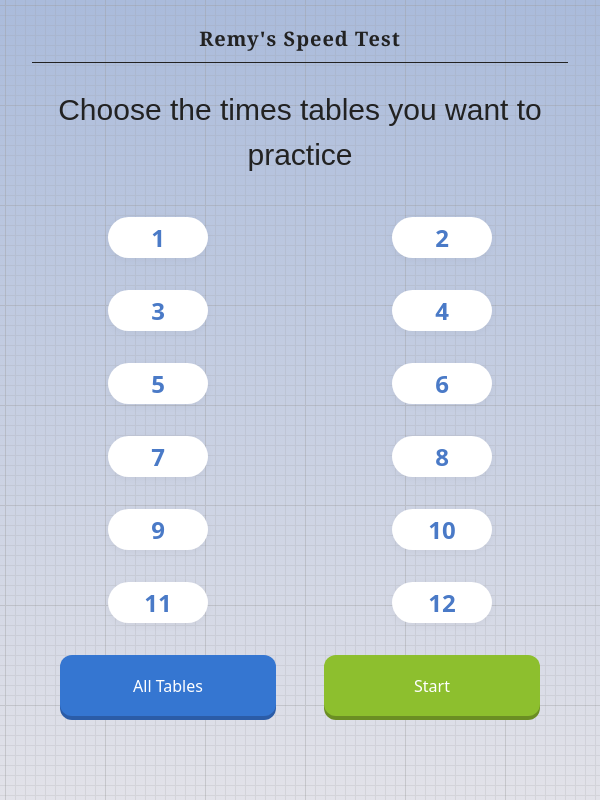
Repository: Chinurum-Omenuko/remys-speed-test
Page: / (app in app/)
The author's editor kept a copy of each file at every save. The page is drawn from the files as they stood at one save, then again after the next save.
The browser window is 600 px wide. The pictures show the whole page.
The project was rebuilt for these pictures with package versions that can differ from the ones it lists, and the page was loaded fresh each time. The framework's server and built-in components were replaced by stand-ins that run in the browser. Also part of the build but not shown: app/svelte.config.js, app/vite.config.ts.

Above is the page before, as saved 2025-11-17 21:25:57.

### app/src/routes/+page.svelte

<script lang="ts">
	import { goto } from "$app/navigation";
	import { GameStore } from "../stores/gameStore.svelte";

	let store = GameStore;
	let chosenTables = store.getTables()
	const tables = Array.from({ length: 12 }, (_, i) => i + 1);

	function selectTable(table: number) {
		store.addTables(table)
	}

	function allTables(){
		tables.forEach(table => {
			let index = chosenTables.indexOf(table)
			if(!chosenTables.includes(table)){
				selectTable(table)
				return
			}
			chosenTables.splice(index, 1)
		});
	}


	function start() {
		store.generateQuestions(chosenTables)
		goto("/test")
	}



	function lastResults() {
		alert('Show last results');
	}
</script>
<div class="landing-bg">
	<div style="padding: 1.5rem 2rem 0 2rem;">
		<h1 class="title">Remy's Speed Test</h1>
		<div class="dotted"></div>
		<h2 class="subtitle">Choose the times tables you want to practice</h2>
		<div class="content">
			<div class="tables-grid">
				{#each tables as table}
					<button
						type="button"
						class="table-btn {chosenTables.includes(table) ? 'selected' : ''}"
						on:click={() => {

							selectTable(table)
							}}
						aria-pressed={chosenTables[table] === table}
					>
						{table}
					</button>
				{/each}
			</div>
			<div class="actions">

				{#if chosenTables.length == 12}
					<button class="red-btn btn bg-red-500" on:click={allTables}>Deselect All Tables</button>
				{:else}
					<button class="blue-btn btn" on:click={allTables}>All Tables</button>
				{/if}

				<button class="green-btn btn" on:click={start}>Start</button>
			</div>
		</div>
	</div>
</div>

<style>
	* {
 		min-height: 0;
	}

	.landing-bg {


		background-image:url("data:[embedded picture, 1695 characters]"), linear-gradient(180deg, #aabbdb, #e2e2e9);
		min-height: 100vh;
		max-width: 100vw;
		padding: 0;
		margin: 0;
	}
	.title {
		font-size: 2rem;
		font-weight: 700;
		margin: 0 0 0.5rem 0;
		letter-spacing: 1px;
		color: #222;
		font-family: Georgia, 'Times New Roman', Times, serif;
		text-align: center;
	}
	.dotted {
		border-bottom: 1px solid #222;
		margin-bottom: 1.5rem;
	}
	.subtitle {
		font-size: clamp(1rem, 5vw, 2.5rem);
		font-weight: 100;
		margin-bottom: 2.5rem;
		text-align: center;
		color: #222;
		font-family: Arial, Helvetica, sans-serif;
	}

	.content{
		display: flex;
		flex-direction: column;
		/* border: solid 2px red; */
		justify-content: start;
		align-items: center;
		max-width: 100vw;
		min-height: 50vh;
	}
	.tables-grid {
		display: grid;
		grid-template-columns: repeat(6, 1fr);
		gap: 2rem;
		/* border: solid 2px green; */
		width: 100%;
	}
	.table-btn {
		background: #fff;
		border-radius: 8px;
		font-size: 2.5rem;
		font-weight: 700;
		color: #4a7ac7;
		width: 60%;
		height: 100%;
		display: flex;
		align-items: center;
		justify-content: center;
		cursor: pointer;
		transition: box-shadow 0.2s, border 0.2s;
		margin: 0 auto;
		box-shadow: 0 2px 8px rgba(0,0,0,0.04);
	}
	.table-btn.selected {
		border: 3px solid #2e5eaa;
		background: #eaf1ff;
		color: #2e5eaa;
	}
	.actions {
		display: flex;
		justify-content: space-between;
		align-items: stretch;
		max-width: 1200px;
		min-width: 50%;
		margin: 2rem auto 0 auto;
		flex-direction: row;

	}

	.btn {
		width: 80%;
		height: 50%;
		color: #fff;
		border-radius: 12px;
		padding: 1rem 2.5rem;
		cursor: pointer;
		margin-bottom: 0.5rem;
		display: -webkit-box;
		-webkit-line-clamp: 1; /* number of lines */
		-webkit-box-orient: vertical;
		overflow: hidden;
		white-space: nowrap;
		text-overflow: ellipsis;
	}
	.blue-btn {
		background:  #3576d1;
		border: none;
		box-shadow: 0 4px 0 #2b5ca7;
		transition: background 0.2s;
		font-size: 1em;
	}
	.blue-btn:active {
		background: #3576d1;
	}
	.green-btn {
		background: #8dbf2e;
		border: none;
		box-shadow: 0 4px 0 #6b8e23;
		margin-left: 1rem;
		transition: background 0.2s;
	}
	.green-btn:active {
		background: #8dbf2e;
	}

	/* 640px: small tablet */
	@media (min-width: 340px) and (max-width: 640px){
		.content{
			height: 70vh;
			display: flex;
			flex-direction: column;
			justify-content: space-around;

		}
		.title{
			font-size: 20px;
		}
		.tables-grid {
			grid-template-columns: repeat(2, 1fr);
			height: 100%;

		}
		.table-btn {
			font-size: 1.5rem;
			height: 100%;
			border-radius: 30cap;
			width: 100px;
		}
		.actions {
			flex-direction: row;
			align-items: stretch;
			gap: 2rem;
			width: 80vw;
			height: 30%;
		}
	}
	@media (min-width: 640px) {
		.tables-grid {
			grid-template-columns: repeat(3, 1fr);
		}
	}

	/* 768px: tablet portrait */
	@media (min-width: 768px) {
		.tables-grid {
			grid-template-columns: repeat(4, 1fr);
			height: 70%;
		}
		.content{
			height: 50vh;
		}
		.table-btn {
			width: 100px;
			height: 80px;
			font-size: 2rem;
		}
		.actions {
			flex-direction: row;
			gap: 1rem;
			width: 80%;
			height: 20vh;
		}
		.btn{
			font-size: 2rem;
		}
	}

	/* 1024px: tablet landscape / small laptop */
	@media (min-width: 1024px) {
		.title{
			font-size: 1.5rem;
		}
		.subtitle{
			font-size: 2rem;
		}
		.tables-grid {
			grid-template-columns: repeat(6, 1fr);
			width: 100%;
			gap: 40px;

		}
		.content{
			height: 10%;
			max-width: 100%;

		}
		.table-btn {
			max-width: 140px;
			max-height: 110px;
			font-size: 2rem;
		}
		.actions {
			flex-direction: row;
			align-items: center;
			gap: 1rem;
			height: 10%;

		}
		.btn{
			width: 20vw;
			height: 10vh;
			font-size: 1rem;
		}
	}

	/* @media (min-width: 1200px) and (max-height: 700px) {

	} */


	/* 1280px: laptop */
	/* @media (min-width: 1280px) {} */

	/* 1536px: large desktop */
	/* @media (min-width: 1536px) {} */




</style>

### app/src/stores/gameStore.svelte.ts
import { writable } from "svelte/store";
import { createQuestions } from "../utils/gameUtils";

function createGameStore(){
    let allQuestions = $state<any[]>([])
    let selectedTables: number[] = $state([])


    return{
        selectedTables,
        get allQuestions(){
            return allQuestions;
        },
        clearSelectedTables: () => {
            selectedTables = []
        },
        getTables: () => selectedTables,
        addTables: (table: number) => {
            let index = selectedTables.indexOf(table)

            if(!selectedTables.includes(table)){
                selectedTables.push(table)
                return
            }

            selectedTables.splice(index,1)

        },
        generateQuestions: (table: number[]) => {
            let questions = createQuestions(table)

            let flat = Object.values(questions).flat();
            allQuestions = [...allQuestions, ...flat];


        },

        removeQuestions: () => allQuestions = []
    }
}

export const GameStore = createGameStore()

### app/src/utils/gameUtils.ts
function makeQuestionObject(table: number){
    let questionsObjectArray = []
    for (let i = 1; i <= 12; i++){
        let question = {
            id: table + '-' + i,
            table: table,
            multiplier: i,
            question: `${table} x ${i}`,
            answer: table * i
        };
        questionsObjectArray.push(question);
    }
    return questionsObjectArray;
}

export function createQuestions(timeTable: number[]){
    let questions = {};

    timeTable.forEach(table => {
        let objectArray = makeQuestionObject(table)
        questions[table] = objectArray
    });
    return questions
}

Loaded but not shown: app/src/app.html (common file); app/src/routes/+layout.svelte (common file); app/src/app.css (common file)

After the next save:
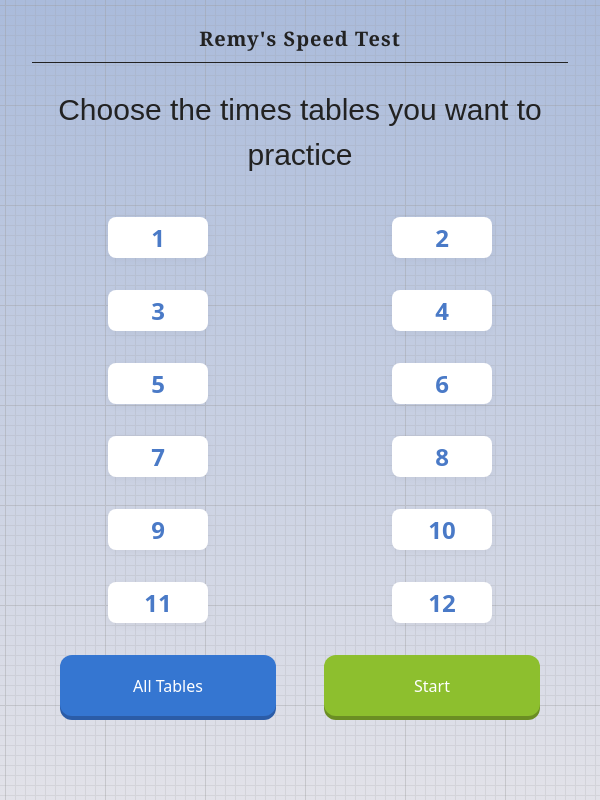
Saved 32 s later.
--- a/app/src/routes/+page.svelte
+++ b/app/src/routes/+page.svelte
@@ -209,7 +209,7 @@
 		.table-btn {
 			font-size: 1.5rem;
 			height: 100%;
-			border-radius: 30cap;
+			/* border-radius: 30cap; */
 			width: 100px;
 		}
 		.actions {
